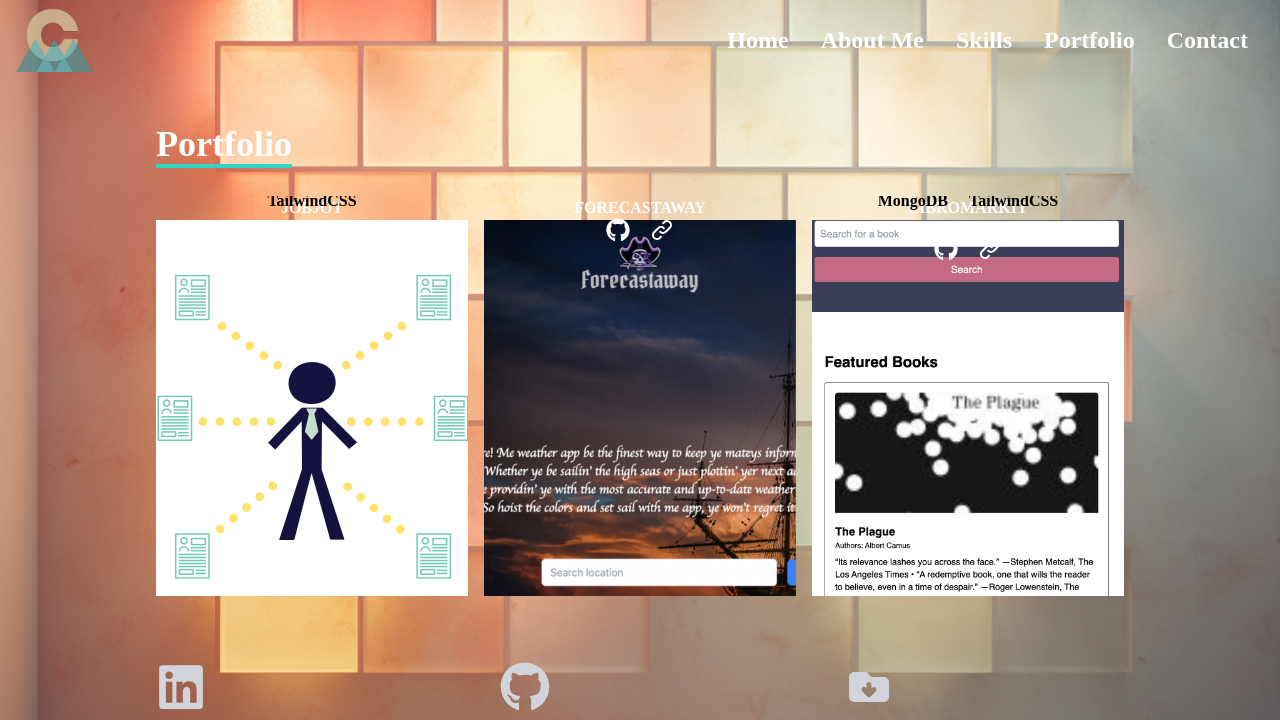
Repository: ChrisT303/portfolio-react
Page: /#/work
These files come from the project's save history. The page is drawn as it stood at one moment and after the next save; the edit follows.
The browser window is 1280 px wide. The pictures show the whole page.
The project was rebuilt for these pictures with package versions that can differ from the ones it lists, and the page was loaded fresh each time. Also part of the build but not shown: src/components/Hero.js, src/components/AboutMe.js, src/data/LogoData.js, src/components/Experience.js, src/components/Modal.js, src/components/Contact.js.

Above is the page before, as saved 2023-09-28 16:41:11.

### src/index.css
@tailwind base;
@tailwind components;
@tailwind utilities;

@import url("https://fonts.googleapis.com/css2?family=Raleway:wght@300;400;500;600;700;800;900&display=swap");

@layer base {
  body {
    @apply font-[Raleway];
  }
  li {
    @apply px-4;
    @apply cursor-pointer;
  }
}

.nav-hover {
  @apply hover:animate-pulse hover:text-[#30D5C8];
}

.text-main {
  @apply text-[#212020];
}

.peach {
  @apply text-[#212020] text-opacity-80;
}

.bdr {
  @apply border-[#30D5C8];
}

.form-bg {
  @apply bg-[#ccd6f6];
}

.hero-btn {
  @apply text-black font-bold border-4 rounded-full px-6 py-3 my-2 flex items-center hover:animate-pulse duration-100 hover:bg-[#30D5C8] hover:border-[#3e7a7a] hover:font-black;
}

.con-btn {
  @apply text-main border-2 hover:bg-[#30D5C8] hover:border-[#3e7a7a] hover:font-bold px-4 py-3 my-8 mx-auto flex items-center;
}
.modal-btn {
  @apply text-black border-4 rounded-lg hover:bg-[#30D5C8] hover:border-[#3e7a7a] hover:font-bold px-3 py-2 my-8 mx-auto flex justify-between items-center;
}

@media (min-width: 768px) {
  .hovereffect {
    width: 100%;
    height: 400px;
    float: left;
    overflow: hidden;
    position: relative;
    text-align: center;
    cursor: default;
  }

  .hovereffect .overlay {
    width: 100%;
    height: 100%;
    position: absolute;
    overflow: hidden;
    left: 0;
    background-color: rgba(255, 255, 255, 0.7);
    top: -200px;
    opacity: 0;
    filter: alpha(opacity=0);
    -webkit-transition: all 0.1s ease-out 0.5s;
    transition: all 0.1s ease-out 0.5s;
    display: flex;
    flex-direction: column;
    justify-content: center;
    align-items: center;
    gap: 20px;

  }

  .hovereffect:hover .overlay {
    opacity: 1;
    filter: alpha(opacity=100);
    top: 0px;
    -webkit-transition-delay: 0s;
    transition-delay: 0s;
  }

  .hovereffect img {
    display: block;
    position: relative;
  }

  .hovereffect h2 {
    text-transform: uppercase;
    color: #feb8c5;
    text-align: center;
    position: relative;
    font-size: 17px;
    padding: 10px;
    background: rgba(0, 0, 0, 0.6);
    -webkit-transform: translateY(-200px);
    -ms-transform: translateY(-200px);
    transform: translateY(-200px);
    -webkit-transition: all ease-in-out 0.1s;
    transition: all ease-in-out 0.1s;
    -webkit-transition-delay: 0.3s;
    transition-delay: 0.3s;
  }

  .hovereffect:hover h2 {
    -webkit-transform: translateY(0px);
    -ms-transform: translateY(0px);
    transform: translateY(0px);
    -webkit-transition-delay: 0.3s;
    transition-delay: 0.3s;
  }

  .hovereffect a.info {
    display: inline-block;
    text-decoration: none;
    padding: 7px 14px;
    text-transform: uppercase;
    margin: 50px 20px 0 0;
    background-color: transparent;
    -webkit-transform: translateY(-200px);
    -ms-transform: translateY(-200px);
    transform: translateY(-200px);
    color: #000;
    border: 1px solid #000;
    -webkit-transition: all ease-in-out 0.3s;
    transition: all ease-in-out 0.3s;
  }

  .hovereffect a.info:hover {
    box-shadow: 0 0 5px #fff;
  }

  .hovereffect:hover a.info {
    -webkit-transform: translateY(0px);
    -ms-transform: translateY(0px);
    transform: translateY(0px);
    box-shadow: 0 0 5px #000;
    color: #000;
    border: 1px solid #000;
    -webkit-transition-delay: 0.3s;
    transition-delay: 0.3s;
  }
}

a.info:hover {
  color: #6cc644;
}

.bounce {
  display: inline-block;
  position: relative;
  -moz-animation: bounce 0.5s infinite linear;
  -o-animation: bounce 0.5s infinite linear;
  -webkit-animation: bounce 0.5s infinite linear;
  animation: bounce 0.5s infinite linear;
}

.backdrop {
  position: fixed;
  top: 0;
  left: 0;
  width: 100%;
  height: 100vh;
  z-index: 10;
  background: rgba(0, 0, 0, 0.75);
}

.modalPos {
  position: fixed;
  top: 30vh;
  left: 10%;
  width: 80%;
  z-index: 100;
  overflow: hidden;
}

.header {
  background: #31708e;
  padding: 1rem;
}

.header h2 {
  margin: 0;
  color: white;
  font-weight: bold;
}

.content {
  display: flex;
  justify-content: space-between;
  padding: 1rem;
  background: white;
}

.actions {
  padding: 1rem;
  display: flex;
  justify-content: flex-end;
}

.project-image {
  width: 100%;
  height: 400px;
  object-fit: cover;
}

.button-container {
  display: flex;
  justify-content: center;
  gap: 20px;
  margin-top: 20px;
}

.tech-container {
  display: flex;
  justify-content: center;
  gap: 5px;
  flex-wrap: wrap;
}

.tooltip {
  visibility: hidden;
  background-color: #555;
  color: #fff;
  text-align: center;
  padding: 5px 10px;
  border-radius: 6px;
  position: absolute;
  z-index: 1;
  bottom: 100%;
  left: 50%;
  margin-left: -60px;
  opacity: 0;
  transition: opacity 0.3s;
}

.tooltip::after {
  content: "";
  position: absolute;
  top: 100%;
  left: 50%;
  margin-left: -5px;
  border-width: 5px;
  border-style: solid;
  border-color: #555 transparent transparent transparent;
}

.container:hover .tooltip {
  visibility: visible;
  opacity: 1;
}



@media (min-width: 768px) {
  .modalPos {
    left: calc(50% - 20rem);
    width: 40rem;
  }
}

### src/App.js

import Navigation from "./components/Navigation";
import Hero from "./components/Hero";
import AboutMe from "./components/AboutMe";
// import Footer from "./components/Footer";
import Experience from "./components/Experience";
import Contact from "./components/Contact";
import Work from "./components/Work";
import React from "react";
import { HashRouter as Router, Routes, Route } from "react-router-dom";


const App = () => {
  return (
    <Router>
      <Navigation />
      <Routes>
        <Route path="/" element={<Hero />} />
        <Route path="/about" element={<AboutMe />} />
        <Route path="/experience" element={<Experience />} />
        <Route path="/work" element={<Work />} />
        <Route path="/contact" element={<Contact />} />
      </Routes>
      {/* <Footer /> */}
    </Router>
  );
};



export default App;

### src/components/Navigation.js
import React, { useState } from "react";
import { NavLink } from "react-router-dom";
import { FaBars, FaTimes } from "react-icons/fa";
import Logo from "../assets/newlogo.png";


const Navigation = () => {
  const [nav, setNav] = useState(false);
  const handleClick = () => setNav(!nav);

  return (
    <div className="fixed w-full h-[80px] flex justify-between items-center px-4 bg-inherit text-main text-2xl font-semibold z-10">
      <div>
        <img  src={Logo} alt="Logo" className="hidden md:flex h-16" />
      </div>
      <ul className="hidden md:flex">
        <li>
          <NavLink to="/" className="nav-hover text-white">
            Home
          </NavLink>
        </li>
        <li>
          <NavLink to="/about" className="nav-hover text-white">
            About Me
          </NavLink>
        </li>
        <li>
          <NavLink to="/experience" className="nav-hover text-white">
            Skills
          </NavLink>
        </li>
        <li>
          <NavLink to="/work" className="nav-hover text-white">
            Portfolio
          </NavLink>
        </li>
        <li>
          <NavLink to="/contact" className="nav-hover text-white">
            Contact
          </NavLink>
        </li>
      </ul>

      <div onClick={handleClick} className="md:hidden z-100">
        {!nav ? <FaBars /> : <FaTimes />}
      </div>
      <ul
        className={
          !nav
            ? "hidden"
            : "absolute top-0 left-0 w-full h-screen main flex flex-col justify-center items-center bg-black md:bg-black "
        }
      >
        <li className="py-6 text-4xl">
          <NavLink onClick={handleClick} to="/" className="nav-hover text-white">
            Home
          </NavLink>
        </li>
        <li className="py-6 text-4xl">
          <NavLink onClick={handleClick} to="/about" className="nav-hover text-white">
            About Me
          </NavLink>
        </li>
        <li className="py-6 text-4xl">
          <NavLink onClick={handleClick} to="/experience" className="nav-hover text-white">
            Skills
          </NavLink>
        </li>
        <li className="py-6 text-4xl">
          <NavLink onClick={handleClick} to="/work" className="nav-hover text-white">
            Portfolio
          </NavLink>
        </li>
        <li className="py-6 text-4xl">
          <NavLink onClick={handleClick} to="/contact" className="nav-hover text-white">
            Contact
          </NavLink>
        </li>
      </ul>
    </div>
  );
};

export default Navigation;

### src/components/Work.js
import applications from "../data/ProjectData";
import { FaGithub } from "react-icons/fa";
import { HiOutlineLink } from "react-icons/hi";
import Footer from "./Footer";

const Work = () => (
  <div className="w-full md:h-screen text-white bg-eyes bg-cover bg-center">
    <div className="max-w-[1000px] mx-auto p-4 flex flex-col justify-center w-full h-full">
      <div className="pb-8">
        <p className="text-4xl font-bold inline border-b-4 text-white bdr">
          Portfolio
        </p>
      </div>
      <div className="grid mx-auto sm:grid-cols-2 md:grid-cols-3 gap-4">
        {applications.map((app) => (
          <div key={app.key} className="hovereffect">
            <div className="text-center">
              {/* App name on top of the image */}
              <h2 className="font-bold">{app.name}</h2>
              <img className="project-image" src={app.src} alt={app.name} />
            </div>
            <div className="overlay grid grid-cols-3 pt-4">
              <div className="col-span-3 text-center">
                {/* Tech names over the image */}
                <div className="tech-container">
                  {app.tech.map((tech) => (
                    <span
                      key={tech}
                      className="bg-main text-black font-extrabold py-1 px-2 rounded-md"
                    >
                      {tech}
                    </span>
                  ))}
                </div>
                {/* Links centered below the image */}
                <div className="button-container">
                  <a href={app.code} className="info">
                    <div className="flex justify-around text-2xl hover:text-[#6cc644]">
                      <FaGithub />
                    </div>
                  </a>
                  <a className="info" href={app.link}>
                    <div className="flex justify-around text-2xl hover:text-[#dE73FF]">
                      <HiOutlineLink />
                    </div>
                  </a>
                </div>
              </div>
            </div>
          </div>
        ))}
      </div>
      <Footer />
    </div>
  </div>
);

export default Work;

### src/components/Footer.js
import React from "react";
import { FaLinkedin, FaGithub } from "react-icons/fa";
import { HiFolderDownload } from "react-icons/hi";

const Footer = () => {
  return (
    <footer className="bg-inherit fixed bottom-0 left-0 w-full">
      <div>
        <div>
          <div className="max-w-[1000px] mx-auto pt-4 pb-2">
            <ul className="w-full space-y-2 grid grid-cols-3 auto-cols-max mb-0 gap-8 justify-center">
              <li>
                <a
                  href="https://www.linkedin.com/in/christopher-williams-368b29201/"
                  className="text-gray-300 group hover:text-[#0072b1]"
                >
                  <h2 className="invisible md:group-hover:visible md:group-hover:animate-bounce pt-2">
                    LinkedIn
                  </h2>
                  <FaLinkedin size={50} />
                </a>
              </li>
              <li>
                <a
                  href="https://github.com/deftonechris"
                  className="text-gray-300 group hover:text-[#6cc644]"
                >
                  <h2 className="invisible md:group-hover:visible md:group-hover:animate-bounce">
                    GitHub
                  </h2>
                  <FaGithub size={50} />
                </a>
              </li>
              <li>
                <a
                  href="https://drive.google.com/file/d/1F9QXAFgH3DuC2GkPuuiRkouwcBjN8J8z/view?usp=drive_link"
                  className="text-gray-300 group hover:text-red-600"
                >
                  <h2 className="invisible md:group-hover:visible md:group-hover:animate-bounce">
                    Resume
                  </h2>
                  <HiFolderDownload size={50} />
                </a>
              </li>
            </ul>
          </div>
        </div>
      </div>
    </footer>
  );
};

export default Footer;

### src/data/ProjectData.js
import Libro from '../assets/Libro3.png'
import JobJot from '../assets/JobJotSS.png'
import ForeSS from '../assets/ForeSS.png'



const applications = [
  {
    key: 1,
    name: "JobJot",
    src: JobJot,
    code: "https://github.com/deftonechris/JobJot",
    link: "https://jobjot.onrender.com/",
    tech: ["React", "Node.js", "MongoDB", "Express.js", "TailwindCSS"],

  },
  {
    key: 2,
    name: "ForeCastaway",
    src: ForeSS,
    code: "https://github.com/deftonechris/ForeCastaway",
    link: "https://fore-castaway-rvp6.vercel.app/",
    tech: ["TypeScript", "Next.js", "TailwindCSS"],

  },
  {
    key: 3,
    name: "LibroMarkit",
    src: Libro,
    code: "https://github.com/deftonechris/LibroMarkIt",
    link: "https://libro-mark-it.vercel.app/",
    tech: ["Next.js", "Node.js", "GraphQL", "MongoDB", "TailwindCSS"],

  },

];



export default applications;

### tailwind.config.js
/** @type {import('tailwindcss').Config} */
module.exports = {
  content: ["./src/**/*.{js,jsx,ts,tsx}"],
  theme: {
    extend: {
      backgroundImage: {
        eyes: "url('./assets/wallPatern.png')",
      },
    },
  },
  plugins: [],
};

Loaded but not shown: public/index.html (common file); src/index.js (common file)

After the next save:
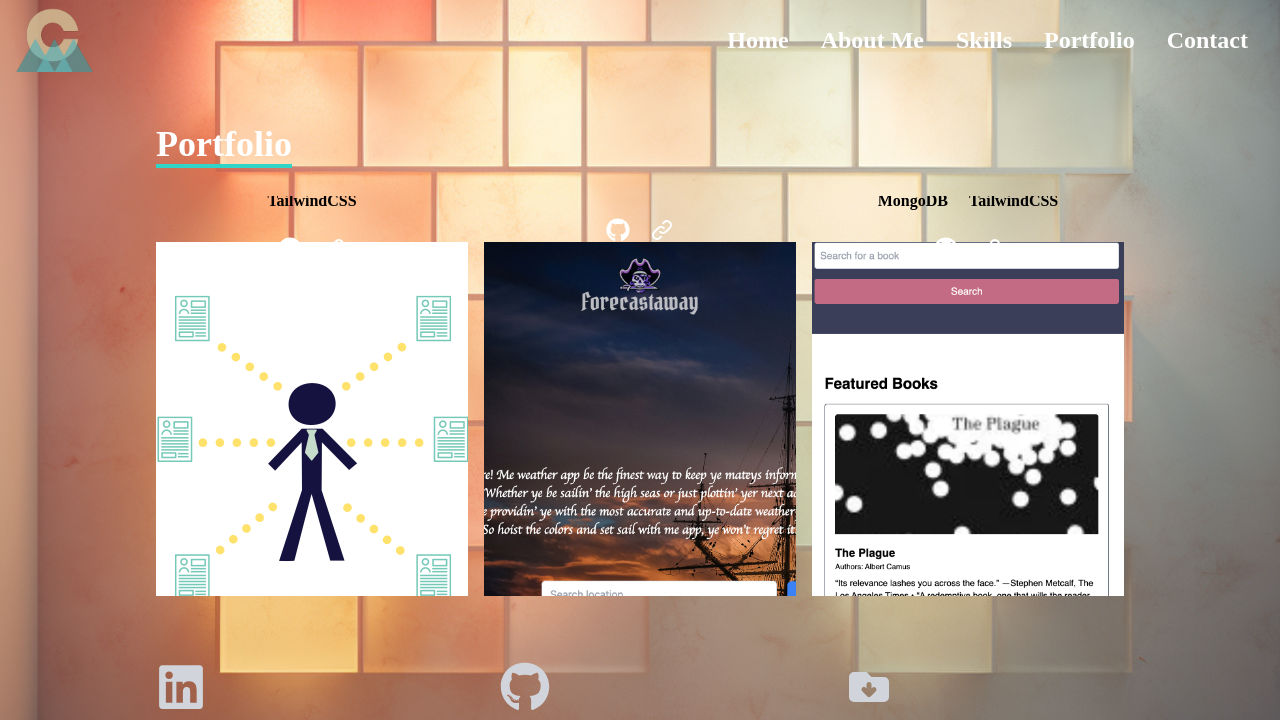
Saved 2 min 3 s later.
--- a/src/components/Work.js
+++ b/src/components/Work.js
@@ -16,7 +16,7 @@
           <div key={app.key} className="hovereffect">
             <div className="text-center">
               {/* App name on top of the image */}
-              <h2 className="font-bold">{app.name}</h2>
+              <h2 className="font-bold hidden md:block">{app.name}</h2>
               <img className="project-image" src={app.src} alt={app.name} />
             </div>
             <div className="overlay grid grid-cols-3 pt-4">
@@ -46,6 +46,10 @@
                   </a>
                 </div>
               </div>
+              {/* App name for small screens */}
+              <h2 className="font-bold block md:hidden text-center pt-4">
+                {app.name}
+              </h2>
             </div>
           </div>
         ))}

After the save that followed:
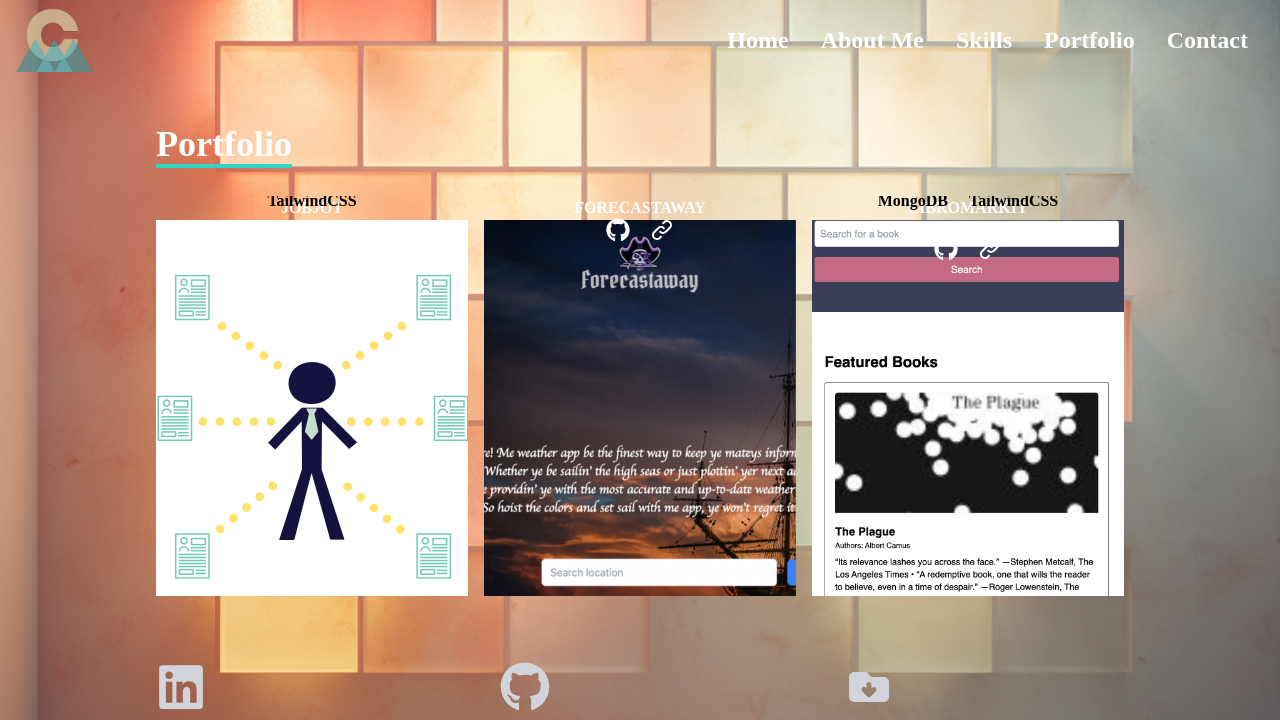
Saved 38 s later.
--- a/src/components/Work.js
+++ b/src/components/Work.js
@@ -16,7 +16,7 @@
           <div key={app.key} className="hovereffect">
             <div className="text-center">
               {/* App name on top of the image */}
-              <h2 className="font-bold hidden md:block">{app.name}</h2>
+              <h2 className="font-bold">{app.name}</h2>
               <img className="project-image" src={app.src} alt={app.name} />
             </div>
             <div className="overlay grid grid-cols-3 pt-4">
@@ -46,10 +46,6 @@
                   </a>
                 </div>
               </div>
-              {/* App name for small screens */}
-              <h2 className="font-bold block md:hidden text-center pt-4">
-                {app.name}
-              </h2>
             </div>
           </div>
         ))}
